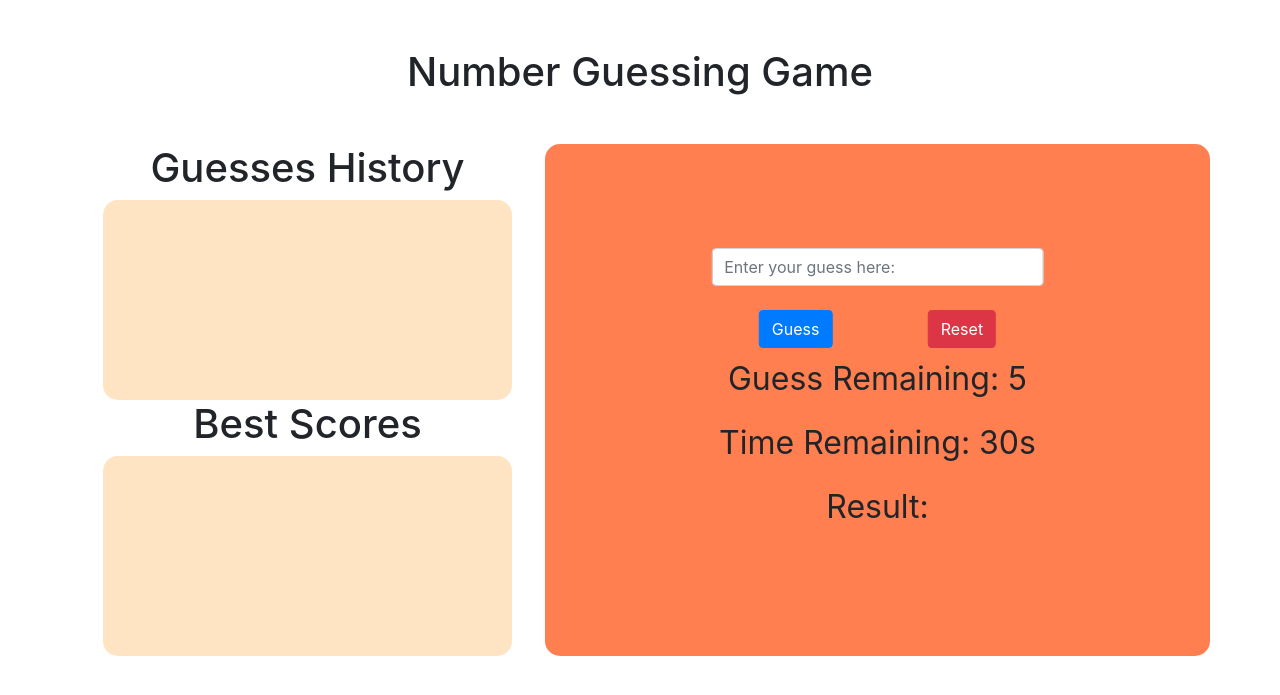
Repository: tts2610/NumberGuessingGame
Page: index.html
An editor plug-in stored every save of this project. The page is shown before and after the next save, followed by the edit.
The browser window is 1280 px wide. The pictures show the whole page.

Above is the page before, as saved 2020-05-13 12:28:21.

### index.html
<!DOCTYPE html>
<html lang="en">

<head>
    <meta charset="UTF-8">
    <meta name="viewport" content="width=device-width, initial-scale=1.0">
    <title>Document</title>
    <link rel="stylesheet" href="https://maxcdn.bootstrapcdn.com/bootstrap/4.4.1/css/bootstrap.min.css">

    <!-- jQuery library -->
    <script src="https://ajax.googleapis.com/ajax/libs/jquery/3.4.1/jquery.min.js"></script>

    <!-- Popper JS -->
    <script src="https://cdnjs.cloudflare.com/ajax/libs/popper.js/1.16.0/umd/popper.min.js"></script>

    <!-- Latest compiled JavaScript -->
    <script src="https://maxcdn.bootstrapcdn.com/bootstrap/4.4.1/js/bootstrap.min.js"></script>
    <link rel="stylesheet" href="css/style.css">

</head>

<body>

    <section class="container py-5 numberGuessingBox">
        <h1 style="text-align: center;" class="mb-5">Number Guessing Game</h1>
        <div class="row">
            <div class="col-5 left_handSide px-5">
                <h1 style="text-align: center;">Guesses History</h1>
                <div class="row box-1"></div>
                <h1 style="text-align: center;">Best Scores</h1>
                <div class="row box-2"></div>
            </div>
            <div class="col-7 right_handSide px-5">
                <div class="customForm py-5">
                    <input type="number" class="form-control" id="guess" placeholder="Enter your guess here:">
                    <div class="submitBtn">
                        <button type="button" class="btn btn-primary mt-4">Guess</button>
                        <button type="button" class="btn btn-danger mt-4">Reset</button>
                    </div>

                </div>
                <div class="result">
                    <p>Guess Remaining: 5</p>
                    <p>Time Remaining: 30s</p>
                    <p>Result:</p>
                </div>

            </div>
        </div>
    </section>

    <script src="js/script.js"></script>
</body>

</html>

### css/style.css
.numberGuessingBox .row .left_handSide .box-1 {
    background-color: bisque;
    height: 200px;
    border-radius: 15px;
}

.numberGuessingBox .row .left_handSide .box-2 {
    background-color: bisque;
    height: 200px;
    border-radius: 15px;
}

.numberGuessingBox .row .right_handSide {
    background-color: coral;
    border-radius: 15px;
    width: auto;
}

.numberGuessingBox .row .right_handSide .customForm {
    width: 50%;
    position: absolute;
    top: 30%;
    left: 50%;
    transform: translate(-50%, -50%);
}

.numberGuessingBox .row .right_handSide .result {
    width: 50%;
    position: absolute;
    top: 60%;
    left: 50%;
    transform: translate(-50%, -50%);
    font-size: xx-large;
    text-align: center;
}

.numberGuessingBox .row .right_handSide .customForm .submitBtn {
    display: flex;
    justify-content: space-around;
}

Loaded but not shown: js/script.js (no copy from this time; the picture is the same without it)

After the next save:
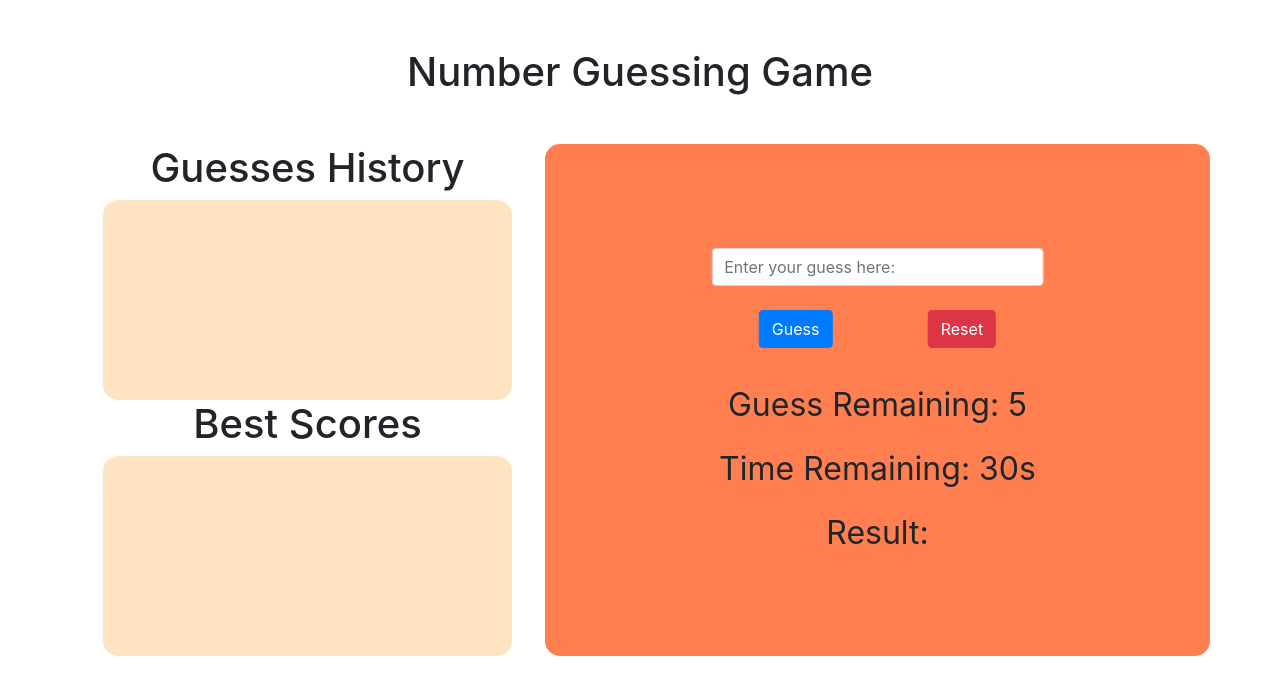
Saved 5 s later.
--- a/css/style.css
+++ b/css/style.css
@@ -27,7 +27,7 @@
 .numberGuessingBox .row .right_handSide .result {
     width: 50%;
     position: absolute;
-    top: 60%;
+    top: 65%;
     left: 50%;
     transform: translate(-50%, -50%);
     font-size: xx-large;
